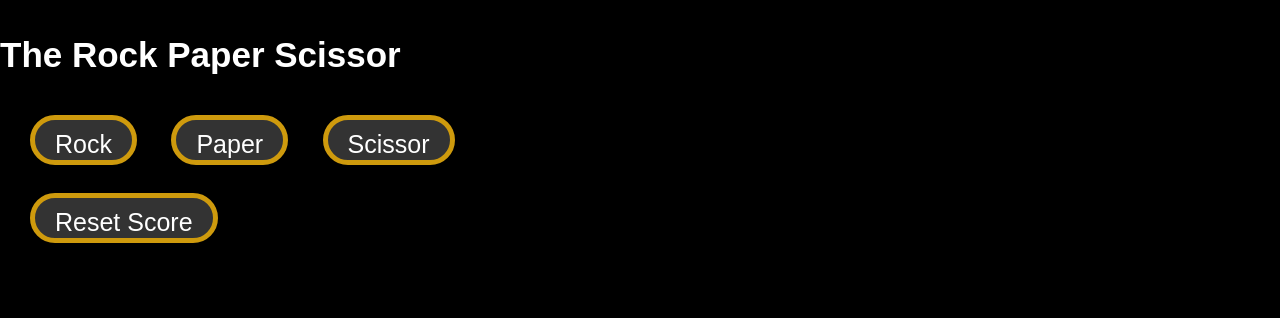
Repository: Drdregboss89/js-practical-projects
Page: index.html
An editor plug-in stored every save of this project. The page is shown before and after the next save, followed by the edit.
The browser window is 1280 px wide. The pictures show the whole page.

Above is the page before, as saved 2023-06-23 09:13:10.
Console error (its wording comes from the project's code and is left out).

After the next save:
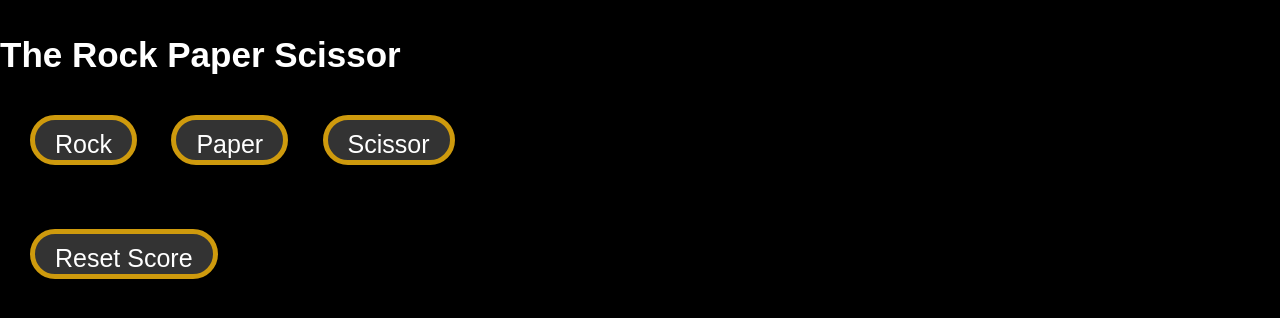
Saved 10 min 55 s later.
--- a/index.html
+++ b/index.html
@@ -15,9 +15,9 @@
       <button onclick="playGame('Rock');">Rock</button>
       <button onclick="playGame('Paper');">Paper</button>
       <button onclick="playGame('Scissor');">Scissor</button>
-      <p class="js-result"></p>
-      <p class="js-move"></p>
-      <p class="js-score"></p>
+      <p class="js-result">Results :</p>
+      <p class="js-move">Moves :</p>
+      <p class="js-score">Score :</p>
       <button
         onclick="
       score.wins:0;
